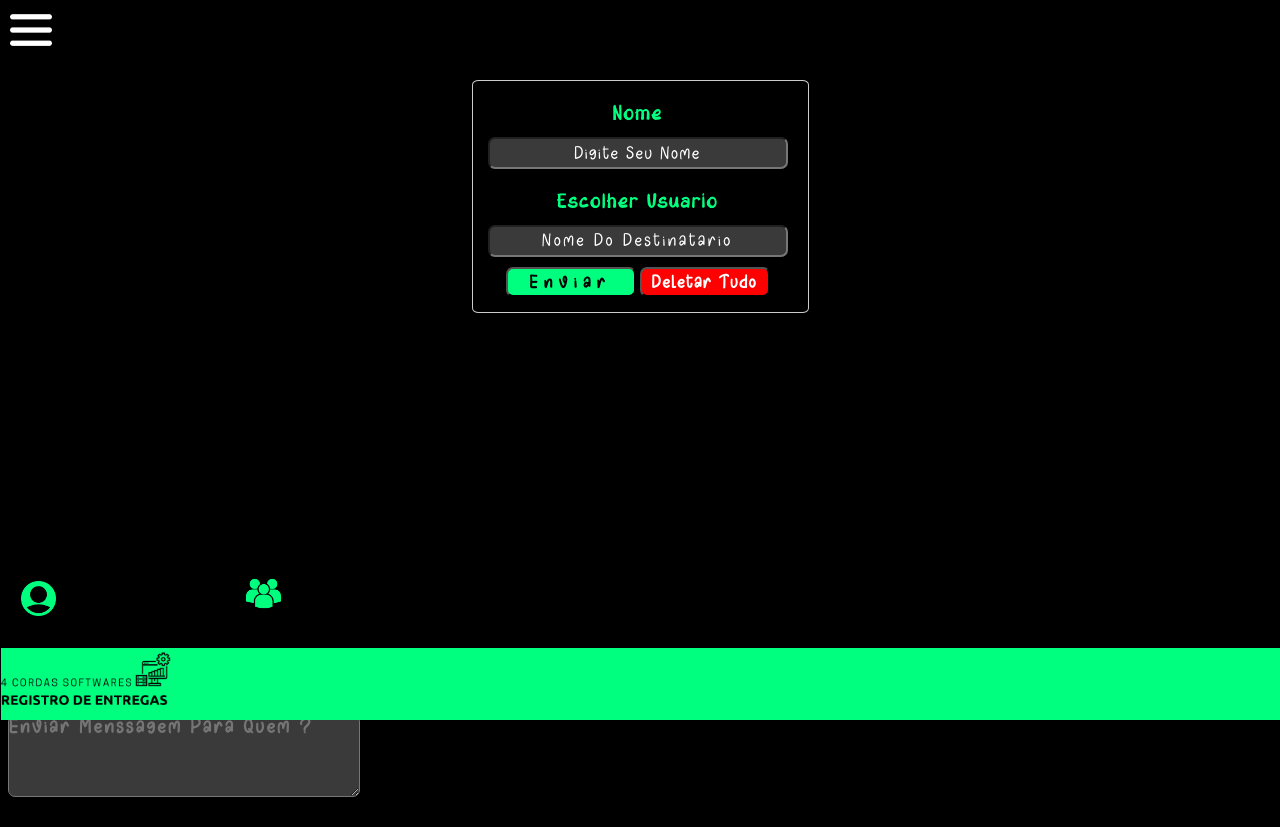
Repository: alfredo-allan/relatorioentregas
Page: pages/chatapp.html
The author's editor kept a copy of each file at every save. The page is drawn from the files as they stood at one save, then again after a run of saves.
The browser window is 1280 px wide. The pictures show the whole page.
The page's requests for data from a server got no answer.

Above is the page before, as saved 2024-05-16 22:15:12.
Console error: TypeError: Cannot read properties of null (reading 'addEventListener')

### pages/chatapp.html
<!DOCTYPE html>
<html lang="pt-BR">
  <head>
    <meta charset="UTF-8" />
    <meta name="viewport" content="width=device-width, initial-scale=1.0" />
    <link rel="stylesheet" href="../style/mediaqueries.css" />
    <link rel="stylesheet" href="../style/styles.css" />
    <style>
      @media screen and (min-width: 800px) and (max-width: 2050px) {
        footer img {
          width: 170px;
          height: 60px;
        }
        /* Outros estilos específicos para resoluções entre 1900px e 3090px */
      }
      * {
        padding: 0;
      }

      footer {
        position: fixed;
        bottom: 0;
        width: 100%;
        background-color: #00ff7f;
        margin: 0;
        padding: 0;
        margin-left: -7px;
      }
      @media screen and (min-width: 300px) and (max-width: 600px) {
        footer {
          height: 6vh;
        }
      }

      @media screen and (min-width: 800px) and (max-width: 2050px) {
        #menu-options img {
          width: 206px;
          position: relative;
          margin: 13px;
          margin-top: -44px;
          border-bottom: 1px solid black; /* Adiciona uma linha preta na parte inferior da imagem */
        }
        #menu-options {
          width: 25%;
          height: 54vh;
        }
        footer {
          position: fixed;
          bottom: 0;
          width: 100%;
          background-color: #00ff7f;
          margin: 0;
          padding: 0;
          margin-left: -7px;
        }
      }
    </style>
    <link rel="icon" type="image/x-icon" href="../favicon.ico" />
    <title>ChatApp</title>
  </head>
  <body>
    <header id="ChatApp">
      <img id="menu-icon" src="../img/barra-de-menu.png" alt="" />
      <div id="menu-options">
        <ul>
          <span
            id="close-icon"
            style="
              color: black;
              position: absolute;
              line-height: 0;
              font-size: 30px;
              margin-top: -20px;
              cursor: pointer;
            "
            >X</span
          >
          <img src="../img/4 cordassof.png" alt="" />
          <br />
          <a href="../index.html"><li>Home</li></a>
          <a href="../cdsentregas.html"><li>Registrar Entrega</li></a>
          <a href="../pages/apagar.html"><li>Apagar Entrega</li></a>
          <a href="../pages/consultar.html"><li>Consultar Entregas</li></a>
          <a href="../pages/registrar.html"><li>Registar-Se</li></a>
          <a href="../pages/sobre.html"><li>Sobre a 4cordas</li></a>
          <a href="../pages/instrucao.html"><li>Ajuda</li></a>
        </ul>
      </div>
      <!-- <h1 id="textchat">Chat Entregas</h1> -->
      <!-- <img id="imgchat" src="../img/bater-papo.png" alt="" /> -->
    </header>
    <div id="myModal" class="modal">
      <div class="modal-content">
        <span class="close">&times;</span>
        <p>Mensagem Enviada Com Sucesso!</p>
      </div>
    </div>
    <div id="form">
      <div id="consulta" class="column">
        <span>Nome</span>
        <input id="nomeusuario" type="text" placeholder="Digite Seu Nome" />
        <span>Escolher Usuário</span>
        <input placeholder="Nome Do Destinátario" id="lstUsu" type="text" />
        <div id="btns">
          <button id="enviarmsg">Enviar</button>
          <button id="delMsg">Deletar Tudo</button>
        </div>
      </div>
    </div>
      <br />
      <img id="utlizador" src="../img/do-utilizador.png" alt="" />
    </div>
    <ul></ul>
    <div id="usuarios"></div>
    <img id="multiUsu" src="../img/silhueta-de-multiplos-usuarios.png" alt="" />
    <br />
    <div id="msgEnviar">
      <span>Enviar Mensagem</span> <br />
      <textarea
        placeholder="Enviar Menssagem Para Quem ?"
        id="enviarMsg"
        type="text"
      ></textarea>

      <!-- <img id="imgEnviarmsg" src="../img/enviar-mensagem.png" alt="" /> -->
    </div>
    <footer>
      <img src="../img/4 cordassof.png" alt="" />
    </footer>
    <script>
      const inputNomeUsuario = document.getElementById("nomeusuario");

      inputNomeUsuario.addEventListener("input", () => {
        const nomeUsuario = inputNomeUsuario.value;

        fetch(`http://192.168.10.20:8033/usuarios/${nomeUsuario}`)
          .then((response) => {
            if (response.ok) {
              return response.json();
            } else {
              throw new Error("Usuário não encontrado");
            }
          })
          .then((data) => {
            console.log("Usuário encontrado:", data);
          })
          .catch((error) => {
            console.error("Erro:", error);
          });
      });
    </script>

    // Adicione este script abaixo do botão 'Selecionar' no seu HTML

    <script>
      const buttonSelecionar = document.getElementById("ctsUsu");

      buttonSelecionar.addEventListener("click", () => {
        const nomeUsuario = document.getElementById("lstUsu").value;

        fetch(`http://192.168.10.20:8033/usuarios/${nomeUsuario}`)
          .then((response) => {
            if (response.ok) {
              return response.json();
            } else {
              throw new Error("Usuário não encontrado");
            }
          })
          .then((data) => {
            console.log("Destinatário encontrado:", data);
          })
          .catch((error) => {
            console.error("Erro:", error);
          });
      });
    </script>

    // Adicione este script abaixo do botão 'Enviar' no seu HTML

    <script>
      const buttonEnviar = document.getElementById("enviarmsg");

      buttonEnviar.addEventListener("click", () => {
        const sender = document.getElementById("nomeusuario").value;
        const recipient = document.getElementById("lstUsu").value;
        const message = document.getElementById("enviarMsg").value;

        fetch("http://192.168.10.20:8033/enviar-mensagem", {
          method: "POST",
          headers: {
            "Content-Type": "application/json",
          },
          body: JSON.stringify({
            sender_username: sender,
            recipient_username: recipient,
            message: message,
          }),
        })
          .then((response) => {
            if (response.ok) {
              console.log("Mensagem enviada com sucesso");
            } else {
              throw new Error("Erro ao enviar mensagem");
            }
          })
          .catch((error) => {
            console.error("Erro:", error);
          });
      });
    </script>
    <script>
      let isTyping = false;

      // Função para verificar se o usuário está digitando
      function checkTyping() {
        const inputField = document.getElementById("enviarMsg");
        inputField.addEventListener("input", () => {
          isTyping = inputField.value.length > 0;
        });
      }

      function monitorNewMessages() {
        const nomeUsuario = document.getElementById("nomeusuario").value;

        // Lógica para buscar novas mensagens do servidor e inserir no campo msgEnviar
        fetch(`http://192.168.10.20:8033/mensagens/${nomeUsuario}`)
          .then((response) => {
            if (response.ok) {
              return response.json();
            } else {
              throw new Error("Erro ao buscar novas mensagens");
            }
          })
          .then((data) => {
            const messages = data; // Não precisamos acessar data.messages, pois a resposta do servidor já é uma lista de mensagens
            const msgEnviar = document.getElementById("msgEnviar");
            msgEnviar.innerHTML = ""; // Limpar mensagens antigas antes de adicionar as novas

            messages.forEach((message) => {
              const p = document.createElement("p");
              p.textContent = message.message; // A mensagem está no campo "message" do objeto de mensagem
              msgEnviar.appendChild(p);
            });
          })
          .catch((error) => {
            console.error("Erro ao buscar novas mensagens:", error);
          });
      }

      document.addEventListener("DOMContentLoaded", () => {
        monitorNewMessages();
      });

      // Adicionar esta função para limpar o campo de entrada após o envio de mensagem
      function limparCampoDeMensagem() {
        document.getElementById("enviarMsg").value = "";
      }
    </script>
    <script src="../script.js"></script>
  </body>
</html>

### style/mediaqueries.css
@media screen and (min-width: 300px) and (max-width: 600px) {
  footer {
    bottom: 0;
    img {
      display: none;
    }
    /* Outros estilos específicos para resoluções entre 1900px e 3090px */
  }

  @media screen and (min-width: 800px) and (max-width: 2050px) {
    footer img {
      width: 170px;
      height: 60px;
    }
  }
}

  @media screen and (min-width: 800px) and (max-width: 2050px) {
    #close-icon {
      margin-left: 250px;
    }
  }


@media screen and (min-width: 300px) and (max-width: 600px) {
  footer {
    height: 6vh;
    margin: 0;
    padding: 0;
    margin-top: 174px;
    position: absolute;
    width: 100%;
    margin-left: -7px;
  }
  #menu-options img {
    margin-top: -40px;
    border-bottom: 1px solid black; /* Adiciona uma linha preta na parte inferior da imagem */
    width: 210px;
  }
  #close-icon {
    margin-left: 224px;
  }
}

### style/styles.css
:root {
  --las-americas: "Las-americas", sans-serif;
  --gribble-font: "Gribble";
  --helootwuins-font: "HelooTwuins";
  --verde--color: #00ff7f;
}

body {
  background-color: black;
}

@font-face {
  font-family: "Las-americas";
  src: url("../fonts/las_americas/LasAmericas_PERSONAL_USE_ONLY.otf")
    format("truetype");
  /* Adicione mais formatos (e.g. woff, woff2) conforme necessário */
}

@font-face {
  font-family: "Gribble";
  src: url("../fonts/gribble/Gribble.ttf") format("truetype");
  /* Adicione mais formatos (e.g. woff, woff2) conforme necessário */
}

@font-face {
  font-family: "HelooTwuins";
  src: url("../fonts/hello_twins/HelloTwinsDEMO.otf") format("truetype");
  /* Adicione mais formatos (e.g. woff, woff2) conforme necessário */
}

header {
  img {
    width: 42px;
    margin-right: 14px;
    text-wrap: nowrap;
  }
}

footer {
  width: 100%;
  height: 10vh;
  background-color: #00ff7f;
  margin: 0;
  padding: 0;
}

img #menu-icon {
  margin-right: 20px;
  margin-left: -1%;
}

#text-top {
  text-align: center;
  font-family: var(--las-americas);
  color: white;
  letter-spacing: 1.2px;
  margin-top: 30px;
  font-size: 40px;
}

#delivery {
  color: red;
  font-family: var(--gribble-font);
  letter-spacing: 3px;
  font-size: 25px;
  font-weight: 900;
  color: var(--verde--color);
}

.column {
  display: flex;
  flex-direction: column;
  align-items: center;
  padding: 10px 20px 15px 15px;
  border: 1px solid #ccc;
  border-radius: 2%;
  width: 300px;
  margin: 0 auto;
  margin-top: -100px;
}

#form {
  border-radius: 2%;
  margin-top: 110px;
  margin-bottom: 250px;
  span {
    color: #00ff7f;
    font-family: var(--gribble-font);
    font-size: 20px;
    letter-spacing: 2px;
    font-weight: 600;
  }
}

input {
  text-align: center;
  margin-bottom: 5px;
  padding: 5px;
  width: 100%;
  box-sizing: border-box;
  font-weight: 600;
  margin-bottom: 10px;
  background-color: rgba(255, 255, 255, 0.226);
  color: white;
  font-family: var(--helootwuins-font);
  letter-spacing: 2px;
  font-size: 18px;
  border-radius: 7px;
}

input::placeholder {
  text-align: center;
  color: white;
  font-family: var(--helootwuins-font);
  font-weight: 400;
  font-size: 18px;
}

button {
  width: 130px;
  height: 30px;
  border-radius: 2%;
  background-color: var(--verde--color);
  font-family: var(--helootwuins-font);
  font-size: 18px;
  letter-spacing: 7px;
  font-weight: 900;
  border-radius: 7px;
}

#confirmButton {
  margin-left: 8px;
  margin-right: 20px;
}

#menu-icon {
  cursor: pointer;
  margin: 15px;
  margin-left: 2px;
  margin-top: 1px;
}

#menu-options {
  text-wrap: nowrap;
  display: none;
  position: absolute;
  top: 0;
  left: 0;
  margin-top: 0px;
  width: 70%;
  height: 70vh;
  background-color: #00ff7f;
  color: white;
  font-family: var(--gribble-font);
  font-weight: 900;
  border-bottom-right-radius: 10%;
  color: black;
  letter-spacing: 2px;
  z-index: 999;
  li {
    margin-top: 3px;
  }
}

a {
  text-decoration: none; /* Remove o sublinhado */
  color: black;
}

#menu-options ul {
  list-style: none;
  padding: 0;
  margin-left: 10px;
  font-size: 20px;
  margin-top: 40px;
}

#menu-options ul li {
  padding: 10px;
  /* margin: 10px; */
  text-wrap: nowrap;
  /* border-bottom: 1px solid white; */
}

#modal {
  background: black;
  text-align: center;
}

.modal {
  display: none; /* Escondido por padrão */
  position: fixed;
  z-index: 1;
  left: 0;
  top: 0;
  width: 100%;
  height: 100%;
  overflow: auto;
  background-color: rgba(0, 0, 0, 0.4);
}

.modal-content {
  background-color: #fefefe;
  margin: 15% auto;
  padding: 20px;
  border: 2px solid #888;
  width: 80%;
  border-radius: 10px;
  background-color: black;
  p {
    margin-top: 30px;
    text-align: left;
    text-wrap: nowrap;
    font-family: var(--gribble-font);
    letter-spacing: 3px;
    font-weight: 600;
    font-size: 20px;
    color: var(--verde--color);
  }
}

.close {
  color: #aaa;
  float: right;
  font-size: 28px;
  font-weight: bold;
}

.close:hover,
.close:focus {
  color: black;
  text-decoration: none;
  cursor: pointer;
}

#data-list {
  margin: 0 auto;
  left: 50%;
  transform: translateX(-50%);
  margin: 0 auto;
  left: 50%;
  top: 60%;
  transform: translate(-50%, -50%);
  /* border: 1px solid var(--cor-azul); */
  color: var(--verde--color);
  border-radius: 5px;
  height: 340px;
  overflow-y: auto;
  position: absolute;
  z-index: -1;
  margin-top: 110px;
  margin-left: 0px;
  width: 336px;
  list-style: none;
  .name {
    font-family: var(--helootwuins-font);
    font-weight: 900;
    font-size: 20px;
    letter-spacing: 1px;
  }
  .item {
    font-family: var(--helootwuins-font);
    font-weight: 500;
    font-size: 20px;
    color: white;
    letter-spacing: 1px;
  }
}

#data-list {
  width: 340px;
  height: 180px;
  overflow: auto;
  /* border: 1px solid black; */
  /* scrollbar-color: var(--verde--color) var(--verde--color); */
}

#data-list img {
  width: 25px;
  margin-left: 15px;
  margin-right: 0px;
}

#data-list::-webkit-scrollbar {
  width: 10px; /* Largura da barra de rolagem */
}

#data-list::-webkit-scrollbar-thumb {
  background-color: white; /* Cor da barra de rolagem */
  border-radius: 5px; /* Raio de borda da barra de rolagem */
}

#texto-descritivo {
  text-align: justify;
  margin-top: 200px;
  position: fixed;
  font-family: var(--luthier-font);
  letter-spacing: 3px;
  line-height: 2;
  margin-right: 8px;
  font-weight: 900;
  color: var(--verde--color);
}

.name {
  font-family: var(--gribble-font);
  font-weight: 900;
  font-size: 17px;
}
.item {
  font-family: var(--helootwuins-font);
  font-weight: 500;
  font-size: 15;
  color: white;
}

#textchat {
  font-family: var(--las-americas);
  color: white;
  letter-spacing: 10px;
  margin-left: 10px;
  font-size: 40px;
  margin-top: 6px;
}

#imgchat {
  width: 60px;
  position: absolute;
  margin-left: 295px;
  margin-top: -60px;
}

#message {
  input {
    width: 220px;
  }
}

#login {
  width: 226px;
  margin-top: 50px;
  input {
    font-family: var(--gribble-font);
    letter-spacing: 3px;
  }
}

span {
  color: var(--verde--color);
  font-family: var(--gribble-font);
  font-size: 20px;
  padding: 3px;
  line-height: 2;
  letter-spacing: 3px;
  font-weight: 900;
}

#msgInput {
  width: 220px;
  height: 80px;
  background-color: rgba(255, 255, 255, 0.226);
  border-radius: 7px;
  font-family: var(--helootwuins-font);
  font-size: 17px;
  letter-spacing: 3px;
  color: var(--verde--color);
  font-weight: 600;
}

#enviarMsg {
  width: 350px;
  height: 80px;
  background-color: rgba(255, 255, 255, 0.226);
  border-radius: 7px;
  font-family: var(--helootwuins-font);
  font-size: 17px;
  letter-spacing: 3px;
  color: white;
  font-weight: 600;
}

#msgEnviar {
  margin-top: 60px;
}

#enviarMsg {
  letter-spacing: 3px;
  outline: none;
  font-size: 20px;
}

/* #enviarmsg {
  margin-top: 93px;
  position: absolute;
  margin-left: -330px;
} */

#delMsg {
  letter-spacing: 2px;
  background-color: red;
  color: white;
}

#imgEnviarmsg {
  width: 35px;
  margin-left: 11px;
  position: absolute;
}

#textRegister {
  font-family: var(--las-americas);
  color: white;
  letter-spacing: 3px;
  margin-top: 10px;
  text-align: center;
  letter-spacing: 3px;
}

/* #lstUsu {
  width: 226px;
  position: absolute;
  margin-top: -38px;
} */

input#lstUsu {
  font-family: var(--gribble-font);
  letter-spacing: 3px;
}

#ctsUsu {
  position: absolute;
  margin-left: 0px;
  margin-top: 0px;
  line-height: 1px;
}

#utlizador {
  position: fixed;
  width: 35px;
  margin-left: 13px;
}

#msgEntrada {
  width: 35px;
  position: absolute;
  margin-left: 13px;
}

#multiUsu {
  position: absolute;
  width: 35px;
  margin-left: 238px;
  margin-top: -34px;
  margin-top: -21px;
}

#close-icon {
  color: black;
  position: absolute;
  line-height: 0; font-size: 30px;
  margin-top: -20px; cursor: pointer;
}

### script.js
const menuIcon = document.getElementById("menu-icon");
const menuOptions = document.getElementById("menu-options");
const closeIcon = document.getElementById("close-icon");

menuIcon.addEventListener("click", function () {
  if (menuOptions.style.display === "none") {
    menuOptions.style.display = "block";
  } else {
    menuOptions.style.display = "none";
  }
});

closeIcon.addEventListener("click", function () {
  menuOptions.style.display = "none";
});

//input data pagina index e registro
document.getElementById("data-entrega").value = new Date()
  .toISOString()
  .slice(0, 10);
var currentDate = new Date().toISOString().slice(0, 10);
var formattedDate = currentDate.split("-").reverse().join("/");
document.getElementById("data-entrega").value = formattedDate;
document.getElementById("data-entrega").addEventListener("input", formatarData);

After the next 7 saves:
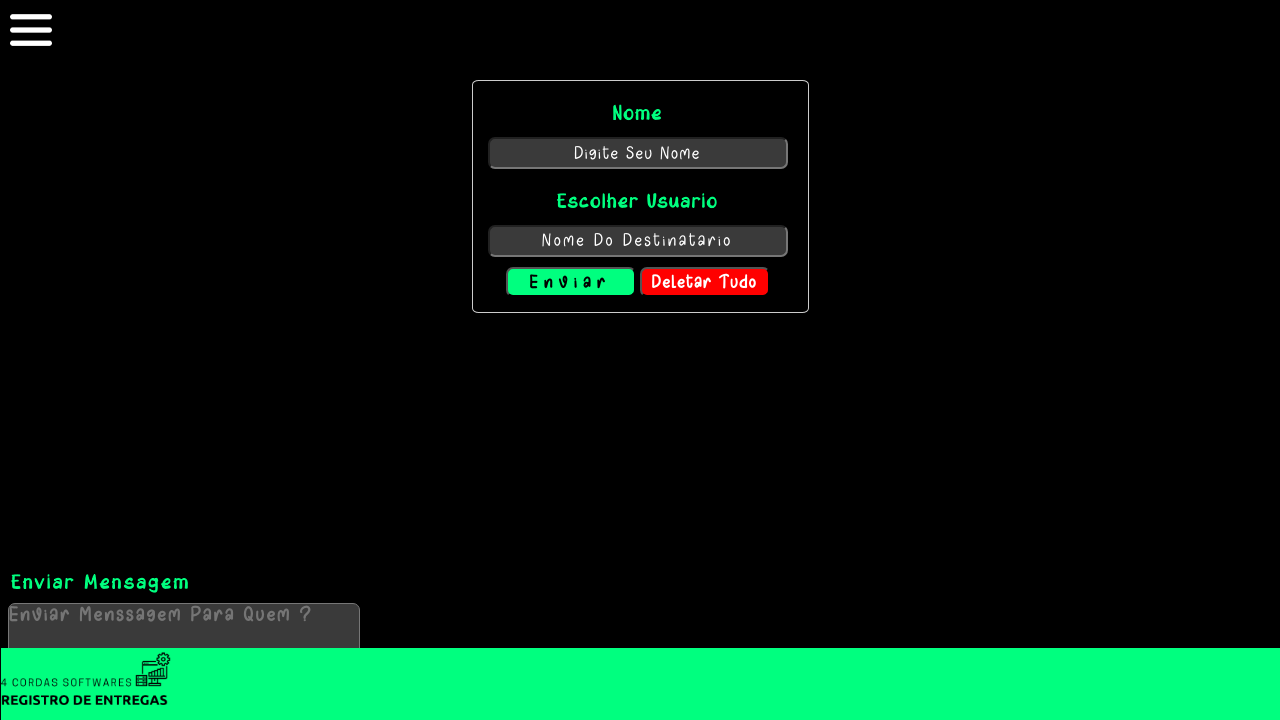
The 7 saves are shown as one change because they came seconds apart.
The last was saved 31 s later.
--- a/pages/chatapp.html
+++ b/pages/chatapp.html
@@ -107,13 +107,6 @@
         </div>
       </div>
     </div>
-      <br />
-      <img id="utlizador" src="../img/do-utilizador.png" alt="" />
-    </div>
-    <ul></ul>
-    <div id="usuarios"></div>
-    <img id="multiUsu" src="../img/silhueta-de-multiplos-usuarios.png" alt="" />
-    <br />
     <div id="msgEnviar">
       <span>Enviar Mensagem</span> <br />
       <textarea
